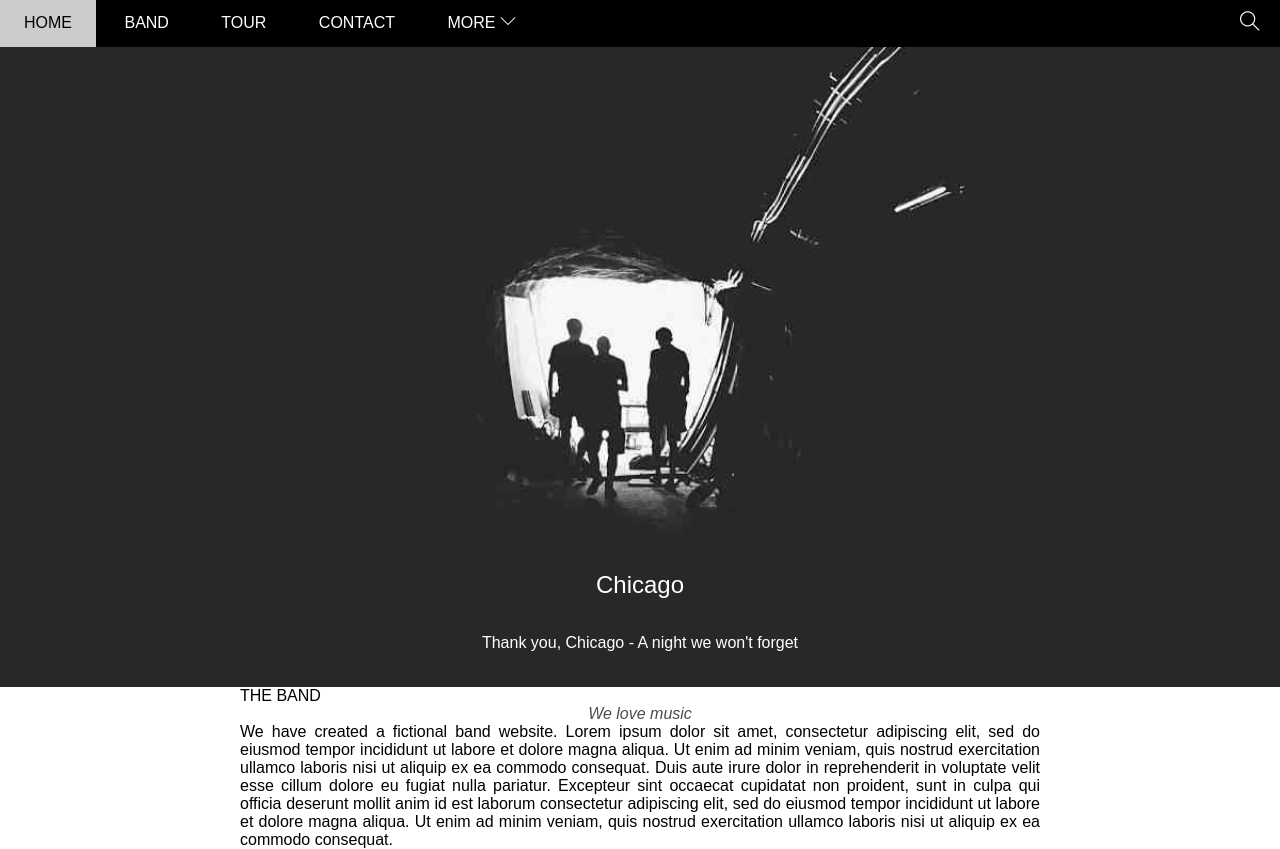
Repository: thanhsonnguyen-gif/f8-learn
Page: projectDemoTheBand/index.html
These files come from the project's save history. The page is drawn as it stood at one moment and after the next save; the edit follows.
The browser window is 1280 px wide. The pictures show the whole page.

Above is the page before, as saved 2022-06-24 17:46:28.

After the next save:
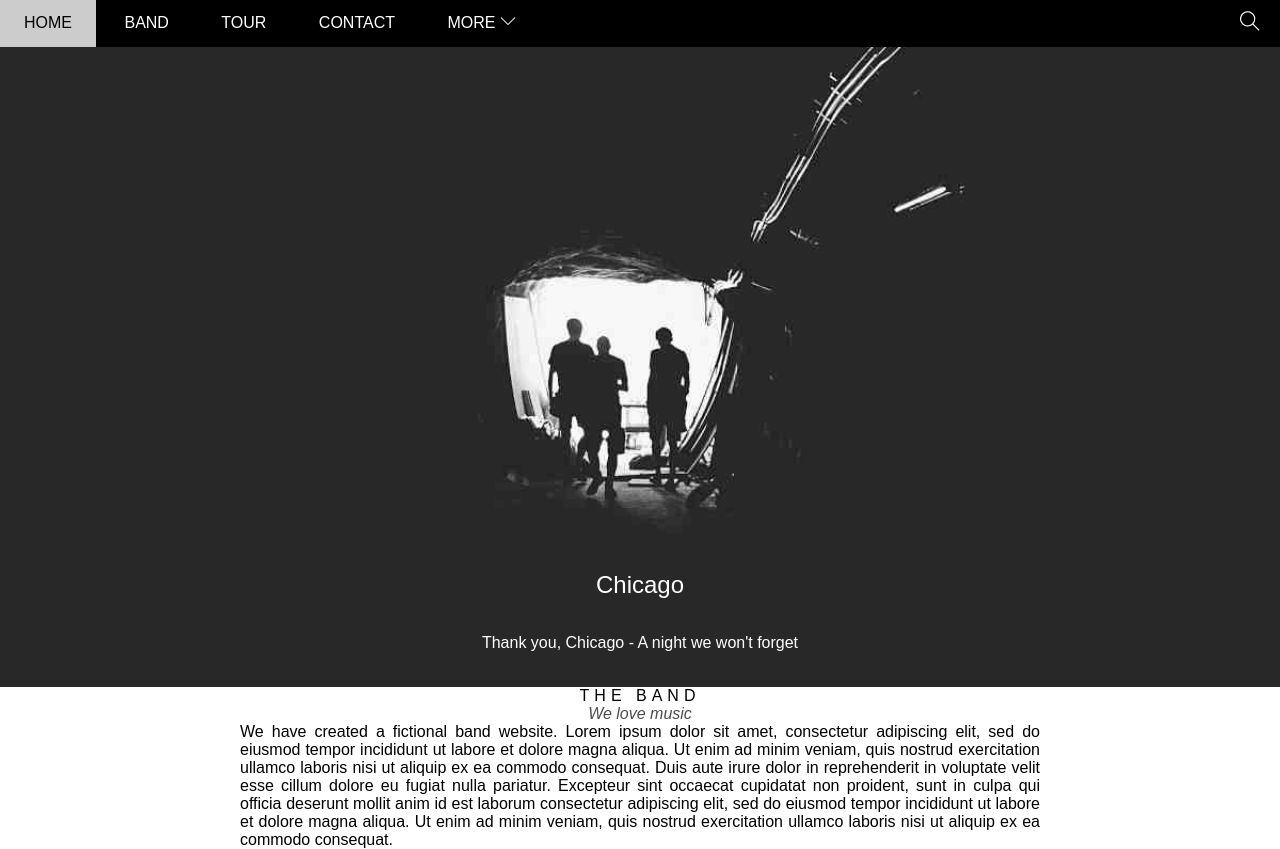
Saved 2 s later.
--- a/projectDemoTheBand/index.html
+++ b/projectDemoTheBand/index.html
@@ -43,7 +43,7 @@
       </div>
       <div id="content">
         <div id="about-session">
-          <div class="healding">THE BAND</div>
+          <div class="heading">THE BAND</div>
           <div class="sub-heading">We love music</div>
           <p class="text-about"
             >We have created a fictional band website. Lorem ipsum dolor sit
